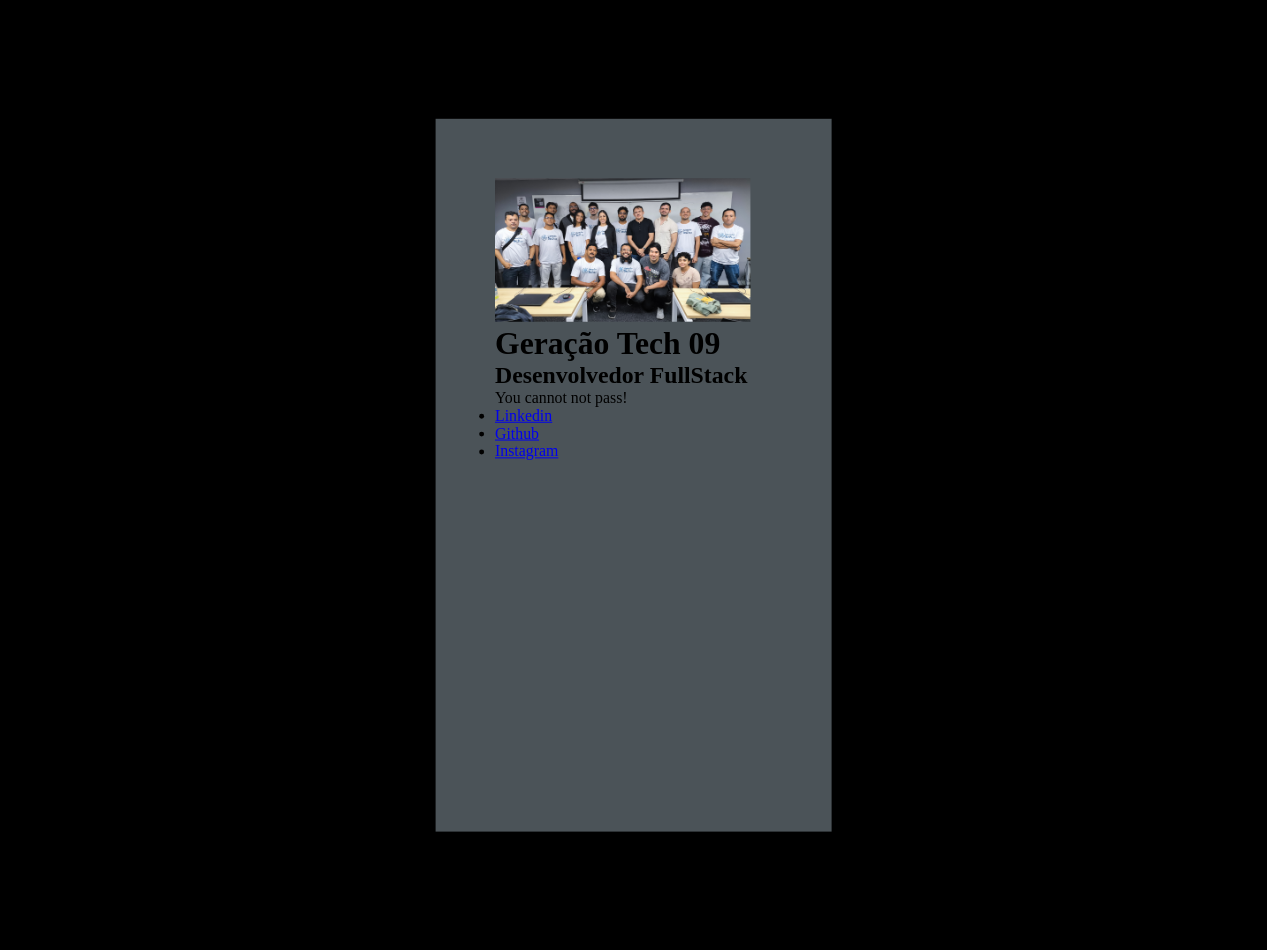
Repository: geracao-09/linktree-gt9
Page: index.html
An editor plug-in stored every save of this project. The page is shown before and after the next save, followed by the edit.
The browser window is 1280 px wide. The pictures show the whole page, at 99% of full size.

Above is the page before, as saved 2025-04-10 10:52:44.

### index.html
<!DOCTYPE html>
<html lang="pt-br">
<head>
    <meta charset="UTF-8">
    <meta name="viewport" content="width=device-width, initial-scale=1.0">
    <title>Linktree do GT09</title>
    <link rel="stylesheet" href="style.css">
</head>
<body>
    <div class="container-main">
        <div class="container-image">
            <img src="./assets/image-profile.jpg" alt="Foto dos top 25 geracao tech" />
        </div>
        <div class="container-infos">
            <h1>Geração Tech 09</h1>
            <h2>Desenvolvedor FullStack</h2>
        </div>
        <div class="container-easter-egg">
            <p>You cannot not pass!</p>
        </div>
        <div class="container-social-links">
            <ul>
                <li>
                    <a href="https://www.linkedin.com/in/cesar-hideki-nagano-326b75115/" target="_blank">
                        Linkedin
                    </a>
                </li>
                <li>
                    <a href="https://github.com/geracao-09" target="_blank">
                        Github
                    </a>
                </li>
                <li>
                    <a href="https://www.instagram.com/hidekina/" target="_blank">
                        Instagram
                    </a>
                </li>
            </ul>
        </div>
    </div>
</body>
</html>

### style.css
* {
    margin: 0;
    padding: 0;
    box-sizing: border-box;
}

body {
    background-color: #000000;
}

.container-main {
    background-color: #4B5358;
    width: 400px;
    height: 720px;
    box-sizing: border-box;
    margin: 120px auto;
    padding: 60px;
}

.container-image {
    width: 56px;

    & img {
        width: 258px;
        border-radius: ;
    }
}

After the next save:
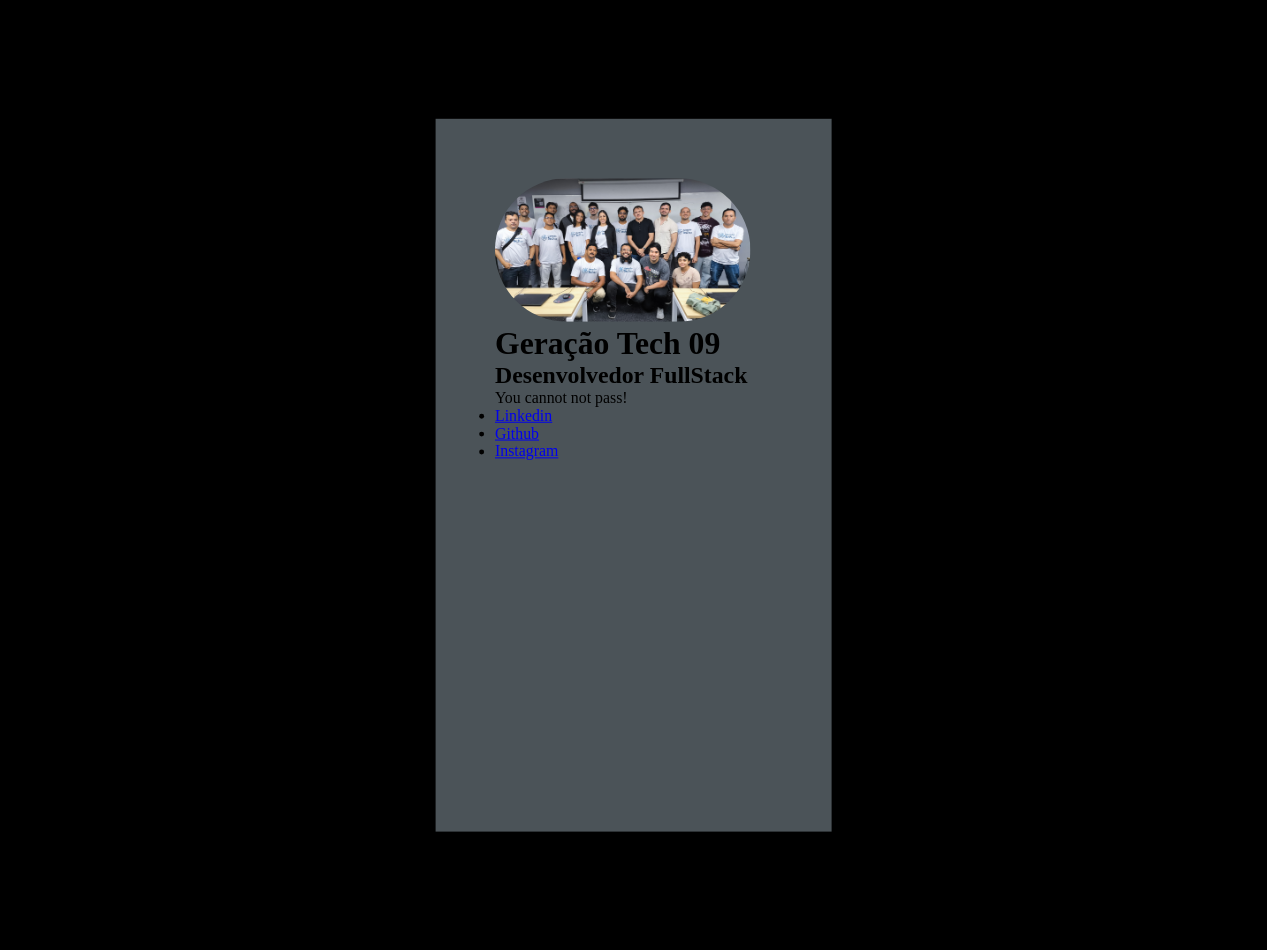
Saved 4 s later.
--- a/style.css
+++ b/style.css
@@ -22,6 +22,6 @@
 
     & img {
         width: 258px;
-        border-radius: ;
+        border-radius: 100px;
     }
 }

After the save that followed:
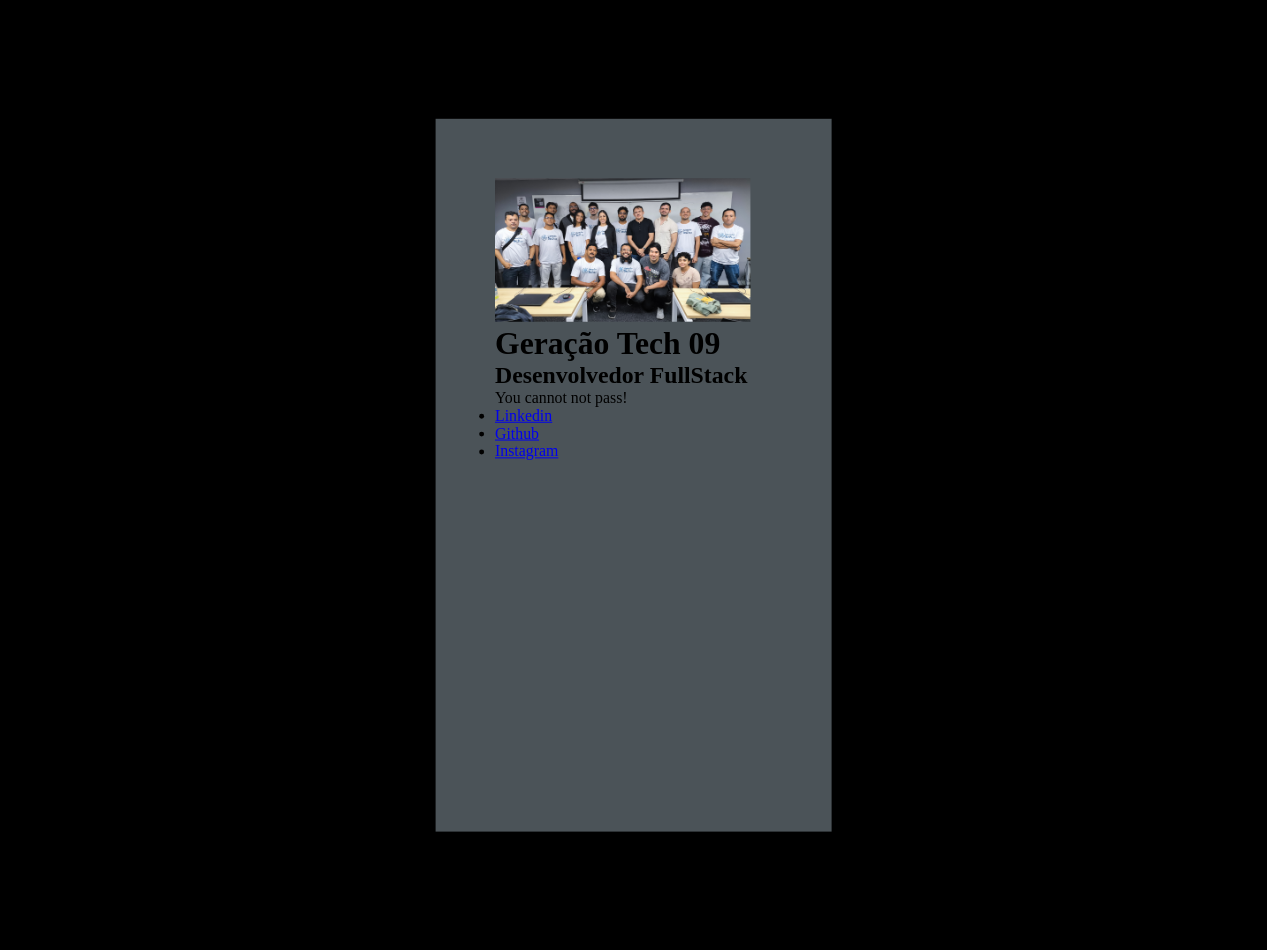
Saved 4 s later.
--- a/style.css
+++ b/style.css
@@ -22,6 +22,6 @@
 
     & img {
         width: 258px;
-        border-radius: 100px;
+        border-radius: ;
     }
 }
